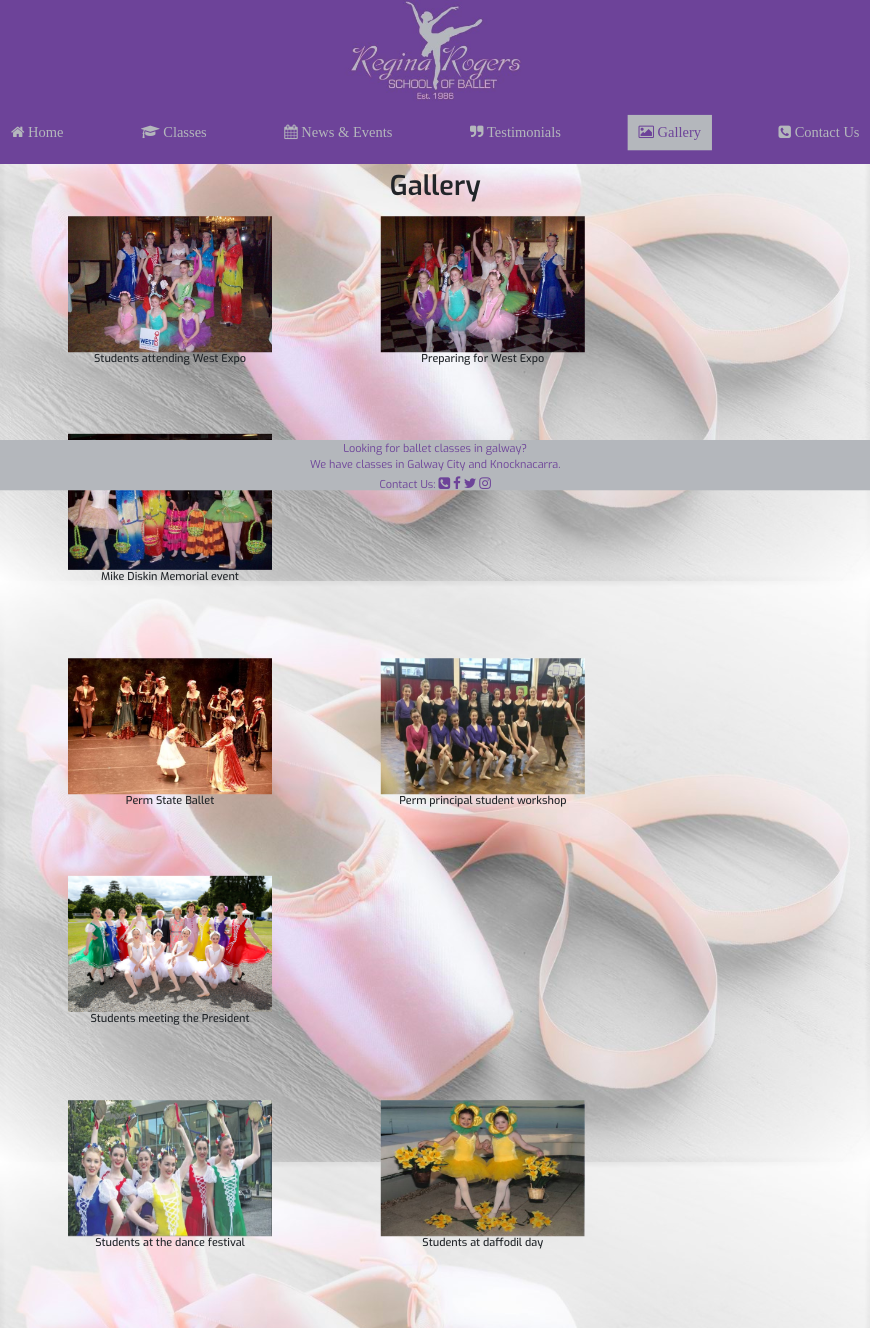
Repository: davidtmiller2010/galwayballet
Page: Gallery.html
The author's editor kept a record of every edit. The page is drawn from the files as they stood at one moment, then again after the next edit.
The browser window is 1280 px wide. The pictures show the whole page, at 68% of full size.

Above is the page before.

### Gallery.html
<!DOCTYPE html>
<html lang="en">

<head>
    <meta charset="UTF-8">
    <meta name="viewport" content="width=device-width, initial-scale=1.0">
    <meta http-equiv="X-UA-Compatible" content="ie=edge">
    <link rel="stylesheet" href="https://stackpath.bootstrapcdn.com/bootstrap/4.3.1/css/bootstrap.min.css" type="text/css" />
    <link rel="stylesheet" href="https://stackpath.bootstrapcdn.com/font-awesome/4.7.0/css/font-awesome.min.css" type="text/css" />
    <link rel="stylesheet" href="assets/CSS/style1.css" type="text/css" />
    <link href="https://fonts.googleapis.com/css?family=Exo|Roboto" rel="stylesheet">
    <link href="https://fonts.googleapis.com/css?family=Dancing+Script" rel="stylesheet">
    <title>Regina Rogers</title>
</head>

<body>
    <header>
        <div class="logo">
            <li><i class="bars fa fa-bars"> MENU </i></li>
        </div>
        <div>
            <ul class="navbar">
                <li><a href="index.html"><i class="fa fa-home fa-lg"> Home</i></a></li>
                <li><a href="Classes.html"><i class="fa fa-graduation-cap fa-lg"> Classes</i></a></li>
                <li><a href="News.html"><i class="fa fa-calendar fa-lg"> News & Events</i></a></li>
                <li><a href="Testimonial.html"><i class="fa fa-quote-right fa-lg"> Testimonials</i></a></li>
                <li><a href="Gallery.html" class="active "><i class="fa fa-image fa-lg"> Gallery</i></a></li>
                <li><a href="Contact.html"><i class="fa fa-phone-square fa-lg"> Contact Us</i></a></li>
            </ul>
        </div>
    </header>
    <section class="container-fluid1">
        <h2 class=heading>Gallery</h2>
        <div class="row galleryheight">
            <div class=" gallery text-center">
                <img src="assets/images/westexpo.jpg" alt="West Expo" width=300 height=200>
                <h6>Students attending West Expo</h6>
            </div>
            <div class=" gallery text-center">
                <img src="assets/images/WestExpo2.jpg" alt="West Expo2" width=300 height=200>
                <h6>Preparing for West Expo</h6>
            </div>
            <div class=" gallery text-center">
                <img src="assets/images/Mikediskin.jpg" alt="Mikediskin" width=300 height=200>
                <h6>Mike Diskin Memorial event</h6>
            </div>
        </div>
        <div class="row galleryheight">
            <div class=" gallery text-center">
                <img src="assets/images/permstudentspic.jpg" alt="perm students pic" width=300 height=200>
                <h6>Perm State Ballet</h6>
            </div>
            <div class="gallery text-center">
                <img src="assets/images/vitaliystudents.jpg" alt="vitaliy students" width=300 height=200>
                <h6>Perm principal student workshop</h6>
            </div>
            <div class="gallery text-center">
                <img src="assets/images/ARAS.jpg" alt="ARAS" width=300 height=200>
                <h6>Students meeting the President</h6>
            </div>
        </div>
        <div class="row galleryheight">
            <div class="gallery text-center">
                <img src="assets/images/dance-festival.jpg" alt="dance-festival" width=300 height=200>
                <h6>Students at the dance festival</h6>
            </div>
            <div class="gallery text-center">
                <img src="assets/images/daffodilevent.jpg" alt="daffodil event" width=300 height=200>
                <h6>Students at daffodil day</h6>
            </div>
        </div>
    </section>
    <footer>
        <div class="footermessage">
            <h7 class="uppercase general">Looking for ballet classes in galway?</h7><br/>
            <p class="inline-block footermessage">
                We have classes in Galway City and Knocknacarra.
                <br> Contact Us:
                <a href="Contact.html" target="_blank">
                     <i class="fa fa-phone-square infobutton" aria-hidden="true"></i>
                    </a>
                <a target="_blank" href="https://www.facebook.com/Regina-Rogers-School-of-Ballet-568812096482190/">
                            <i class="fa fa-facebook infobutton " aria-hidden="true"></i>
                            <span class="sr-only">Facebook</span>
                        </a>
                <a target="_blank" href="https://twitter.com/Twitter">
                            <i class="fa fa-twitter infobutton " aria-hidden="true"></i>
                            <span class="sr-only">Twitter</span>
                        </a>
                <a target="_blank" href="https://www.instagram.com/instagram/">
                            <i class="fa fa-instagram infobutton " aria-hidden="true"></i>
                            <span class="sr-only">Instagram</span>
                        </a>
            </p>
        </div>
    </footer>
    <script src="app.js"></script>
    <script src="https://code.jquery.com/jquery-3.3.1.slim.min.js" integrity="sha384-q8i/X+965DzO0rT7abK41JStQIAqVgRVzpbzo5smXKp4YfRvH+8abtTE1Pi6jizo" crossorigin="anonymous"></script>
    <script src="https://cdnjs.cloudflare.com/ajax/libs/popper.js/1.14.7/umd/popper.min.js" integrity="sha384-UO2eT0CpHqdSJQ6hJty5KVphtPhzWj9WO1clHTMGa3JDZwrnQq4sF86dIHNDz0W1" crossorigin="anonymous"></script>
    <script src="https://stackpath.bootstrapcdn.com/bootstrap/4.3.1/js/bootstrap.min.js" integrity="sha384-JjSmVgyd0p3pXB1rRibZUAYoIIy6OrQ6VrjIEaFf/nJGzIxFDsf4x0xIM+B07jRM" crossorigin="anonymous"></script>

</body>

### assets/CSS/style1.css
@import url('https://fonts.googleapis.com/css?family=Exo:100,200,300,400,500,600,700|Roboto:100,200,300,400,500,600,700');

/*----------colors---------*/

.bg-color-details {
    background: none;
    color: #6D4399;
}

.formbg {
    background: none;
}


.bg-color-contact {
    color: #6D4399;
    background: none;
}

.bars {
    background-color: #6D4399;
    color: #B4B7BC;
    margin-left: 10px;
    margin-top: 10px;
    padding: 0;
    top: 0;
    display: block;
    cursor: pointer;
    z-index: 1;
    position: fixed
}

/*----------Header---------*/

header {
    margin-bottom: 0;
}

/*.navbar {
    overflow: hidden;
    background-color: #6D4399;
    position: fixed;
    top: 0;
    width: 100%;
    height: 90px;
    padding: 0;
    float: right;
}*/

.icons {
    display: none;
}

ul {
    list-style-type: none;
    margin-bottom: 0;
    margin-top: 0;
    padding: 0;
    background-color: #6D4399;

}

li {
    float: left;
    list-style: none;
}

li a {
    display: block;
    color: #B4B7BC;
    text-align: center;
    padding: 14px 16px;
    text-decoration: none;
}

li a:hover:not(.active) {
    background-color: #B4B7BC;
}

li a:hover {
    color: white;
    background-color: #6D4399;
}

.active {
    background-color: #B4B7BC;
    color: #6D4399;
}


/*----------body---------*/

body {
    top: 20px;
    background-image: url("../images/balletshoes.jpg");
    background-size: 100%;
    font-family: "Exo", sans-serif;
}

.logo {
    background: #6D4399;
    background-image: url("../images/reginalogo3.jpg");
    background-position: center;
    background-repeat: no-repeat;
    background-size: contain;
    top: 0;
    width: 100%;
    position: fixed;
    height: 150px;
    padding: 0;
    margin: 0;
    z-index: 0;
}


.row {
    margin-left: 5px;
    margin-right: 5px;

}

.layout {
    z-index: -1;
}

.paragraph {
    margin: 10px 0;
    text-align: justify;
    text-justify: inter-word;
    font-family: "Exo", Times, serif;
    font-size: 10px;
    font-weight: 500;
    z-index: -1;
}

.galleryheight {
    margin: 10px 60px 10px 20px;
}

/*----------Footer---------*/

footer {
    background: #6D4399;
    color: #6D4399;
    padding-bottom: 10px;
    margin: 0;
    text-align: center;
    height: 50px;
    position:fixed;
    width:100%;
    bottom:23px;
}

.footermessage {
    background-color: #B4B7BC;
    margin: 0;
    height: 50px;
    padding: 0px;
}

.infobutton {
    background-color: #B4B7BC;
    font-size: 20px;
    color: #6D4399;
    margin: 0;
    margin-top: 5px;
    padding: 0;
    transition: all 0.5s ease-in-out;
    -moz-transition: all 0.5s ease-in-out;
    -webkit-transition: all 0.5s ease-in-out;
    -o-transition: all 0.5s ease-in-out;
}

.infobutton:hover {
    color: white;
}

/*----------Tables---------*/

table th {
    background: #6D4399;
    color: white;
    border: solid;
    border-color: #6D4399;
    text-align: center;
}

table td {
    border: solid;
    color: black;
    border-color: #6D4399;
}

#formstyle {
    width: 50%;
    display: inline-block;
    text-align: center;
    margin-left: 25%;
    margin-right: 25%;
}

.form-row {
    margin-top: 5px;
}

/*----------General---------*/

.headers {
    font-weight: 800;
    font-family: "Exo", sans-serif;
    text-align: center;
    text-decoration: underline;
}

.heading {
    font-weight: 600;
    font-family: "Exo", sans-serif;
    text-align: center;
    margin-top: 10px;
    font-size: 40px;

}

.headerstyle {
    font-weight: 700;
    font-family: "Exo", sans-serif;
    text-align: center;
    margin-bottom: 15px;
}

.testhead {
    font-weight: 600;
    font-family: "Exo", sans-serif;
    text-align: center;
    margin-top: 20px;
    font-size: 30px;
    text-decoration: underline;
}

.container-fluid {
    padding: 0;
    margin: 250px 5px 100px 5px;
    width: 100%;
}

.container-fluid1 {
    padding: 0;
    margin-top: 250px;
    margin-bottom: 25px;
    height: 100%;
    width: 100%;
}

.contact-heading {
    margin: 25px 0;
}

.gallery {
    width: 100%;
    text-align: center;
}

.news {
    z-index: -1;
    font-weight: 600;
    text-align: center;
    margin: 10px 0 20px 0px;
}

.newsheader {
    margin-top: 10px;
    text-align: center;
    text-decoration: underline;
    font-weight: bold;
    color: #696969;
}

.bordernews {
    border-style: solid;
    border-width: 1px;
    font-weight: 600;
}

/*----------Testimonials---------*/

.testimonials {
    padding: 0;
    margin: 5px;
    width: 100%;
    text-align: justify;
    z-index: -1;
    font-weight: 600;
    font-family: "Exo", sans-serif;
}

.image {
    width: 200px;
    height: 200px;
    margin: 5px 80px;
}

/*----------Media Queries---------*/

@media screen and (max-width: 767px)
/* Mobile */

    {

    ul {
        font-size: 8px;
    }

    nav ul a {
        margin-right: 60%;
        display: inline-block;
    }

    .fontsize {
        font-size: 10px;
        margin-bottom: 25px;
        text-align: justify;
        margin-right: 10px;
    }

    .footermessage {
        font-size:15px;
    }

    .center {
        width: 50%;
        display: block;
        margin-left: auto;
        margin-right: auto;
        height: 50%;
    }

    .table {
        border: solid;
        width: 90%;
        height: 100%;
        color: black;
        border-color: #6D4399;
        margin-left: 10%;
        margin-right: 10%;
        background-color: #B4B7BC;
        overflow: auto;
        font-size: 10px;
    }

    .responsive {
        overflow: auto;
        height: 100%;
        width: 340px;
        margin: 0;

    }

    .picdimensions {
        width: 200px;
        height: 150px;
    }

    .parastyle {
        font-size: 15px;
    }

    .navbar {
        display: flex;
        flex-direction: column;
        align-items: center;
        background-color: #6D4399;
        position: fixed;
        top: 25px;
        width: 35%;
        height: 300px;
        padding: 0;
        float: right;
        transform: translateX(-100%);
        transition: transform 1s ease-in-out;
    }

    .navbar-active {
        transform: translateX(0);
    }

    #formstyle {
        width: 80%;
        display: inline-block;
        text-align: center;
        margin-left: 10%;
        margin-right: 10%;
    }

    .textsize {
        font-size: 15px;
    }


}

@media screen and (min-width: 768px) and (max-width: 991px)
/* Tablet */

    {

    ul {
        font-size: 10px;
    }

    .bars {
        display: none;
    }

    nav ul a {
        margin-right: 25%;
        display: inline-block;
    }

    .gallery {

        width: 49%;
        text-align: center;
    }

    .testimonials {
        padding: 0;
        margin: 1px;
        /*width: 100%;*/
        text-align: justify;
        z-index: -1;
        font-weight: 600;
        font-family: "Exo", sans-serif;
    }

    .image {
        width: 400px;
        height: 250px;
        margin: 10px;
        align-items: center;
    }

    .center {
        width: 60%;
        display: block;
        margin: 5px 20% 5px 20%;
        height: 50%;
        text-align: center;
    }

    .fontsize {
        font-size: 20px;
        margin-bottom: 20px;
        margin-right: 10px;
        text-align: justify;
    }

    .newsheader {
        margin-top: 10px;
        text-align: center;
        text-decoration: underline;
        font-weight: bold;
        color: #191970;
        font-size: 30px;
    }

    .table {
        border: solid;
        width: 100%;
        height: 100%;
        color: black;
        border-color: #6D4399;
        margin-left: 10%;
        margin-right: 10%;
        background-color: #B4B7BC;
        overflow: auto;
    }

    .responsive {
        overflow: auto;
        height: 100%;
        width: 660px;
        margin-left: 10px;
        margin-right: 10px;

    }

    .picdimensions {
        width: 300px;
        height: 200px;
    }

    .paragraph {
        margin: 10px 0;
        text-align: justify;
        text-justify: inter-word;
        font-family: "Exo", Times, serif;
        font-size: 20px;
        font-weight: 500;
        z-index: -1;
    }

    .navbar {
        overflow: hidden;
        background-color: #6D4399;
        position: fixed;
        top: 150px;
        width: 100%;
        height: 90px;
        padding: 0;
        float: right;
    }
    header {
        margin-bottom: 90px;
    }

    .testhead {
        text-align: left;
    }
}

@media screen and (min-width: 992px)
/* Desktop */

    {
    .bars {
        display: none;
    }


    .gallery {
       margin:10px 30px 10px 30px;
        text-align: center;
        width:400px;
        height:300px;
    }

    .testimonials {
        padding: 0;
        margin: 1px;
        width: 100%;
        text-align: justify;
        z-index: -1;
        font-weight: 600;
        font-family: "Exo", sans-serif;
    }

    .image {
        width: 500px;
        height: 500px;
        margin: 10px;

    }

    .center {
        width: 600px;
        display: block;
        margin: 10px 30px 10px 60px;
        height: 300px;
        text-align: center;

    }

    .fontsize {
        font-size: 25px;
        margin-bottom: 10px;
        text-align: justify;
        margin-right: 10px;
    }

    .newsheader {
        margin-top: 10px;
        text-align: left;
        text-decoration: underline;
        font-weight: bold;
        color: #6D4399;
        font-size: 40px;
    }

    .table {
        border: solid;
        width: 100%;
        height: 100%;
        color: black;
        border-color: #6D4399;
        background-color: #B4B7BC;
        overflow: auto;
    }

    .responsive {
        overflow: auto;
        height: 100%;
        width: 90%;
        margin-left: 5%;
        margin-right: 5%;

    }

    .picdimensions {
        width: 450px;
        height: 300px;
    }

    .paragraph {
        margin: 10px 0;
        text-align: justify;
        text-justify: inter-word;
        font-family: "Exo", Times, serif;
        font-size: 23px;
        font-weight: 500;
        z-index: -1;
    }

    .navbar {
        overflow: hidden;
        background-color: #6D4399;
        position: fixed;
        top: 150px;
        width: 100%;
        height: 90px;
        padding: 0;
        float: right;
    }

    header {
        margin-bottom: 90px;
    }

    .testhead {
        text-align: left;
    }

}

### app.js
// JavaScript File
const navbarSlide = () => {
    const bars = document.querySelector('.bars');
    const navbar = document.querySelector('.navbar');

    bars.addEventListener('click', () => {
        navbar.classList.toggle('navbar-active');
    })
}

navbarSlide();

After the next edit:
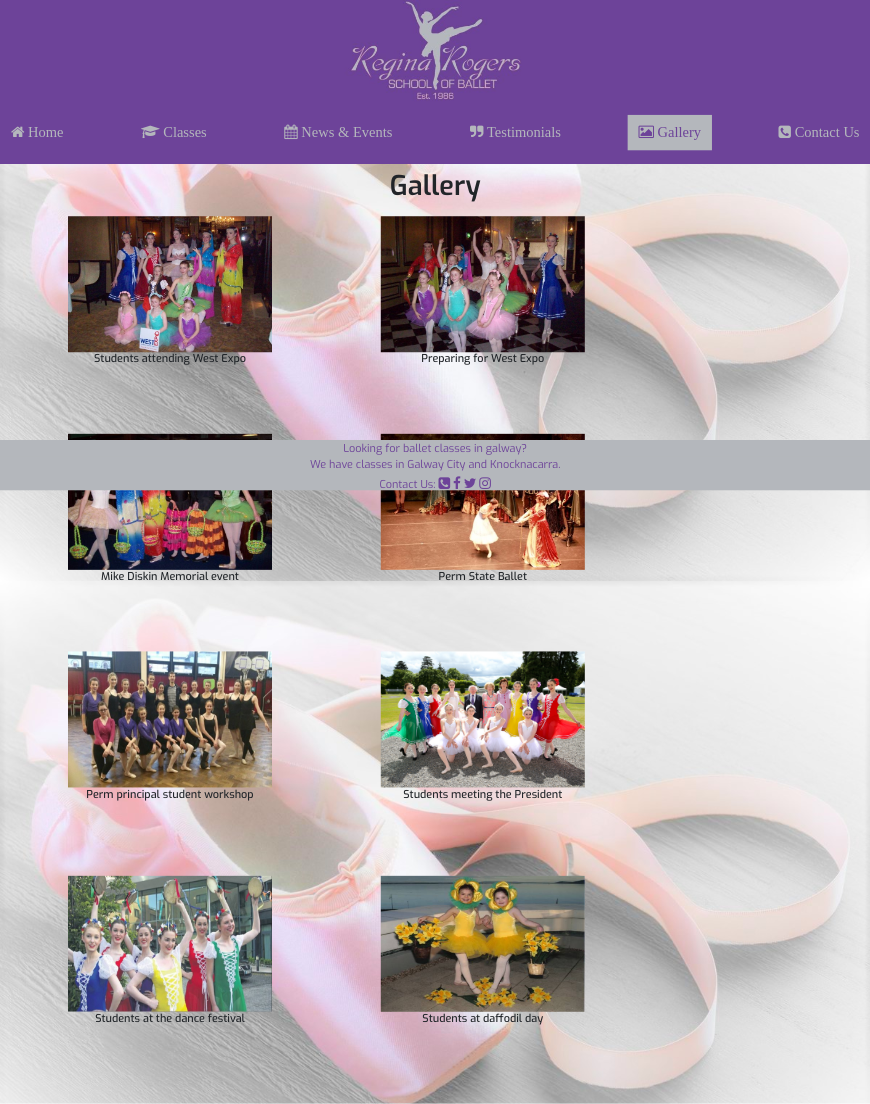
The edit:
--- a/Gallery.html
+++ b/Gallery.html
@@ -44,8 +44,6 @@
                 <img src="assets/images/Mikediskin.jpg" alt="Mikediskin" width=300 height=200>
                 <h6>Mike Diskin Memorial event</h6>
             </div>
-        </div>
-        <div class="row galleryheight">
             <div class=" gallery text-center">
                 <img src="assets/images/permstudentspic.jpg" alt="perm students pic" width=300 height=200>
                 <h6>Perm State Ballet</h6>
